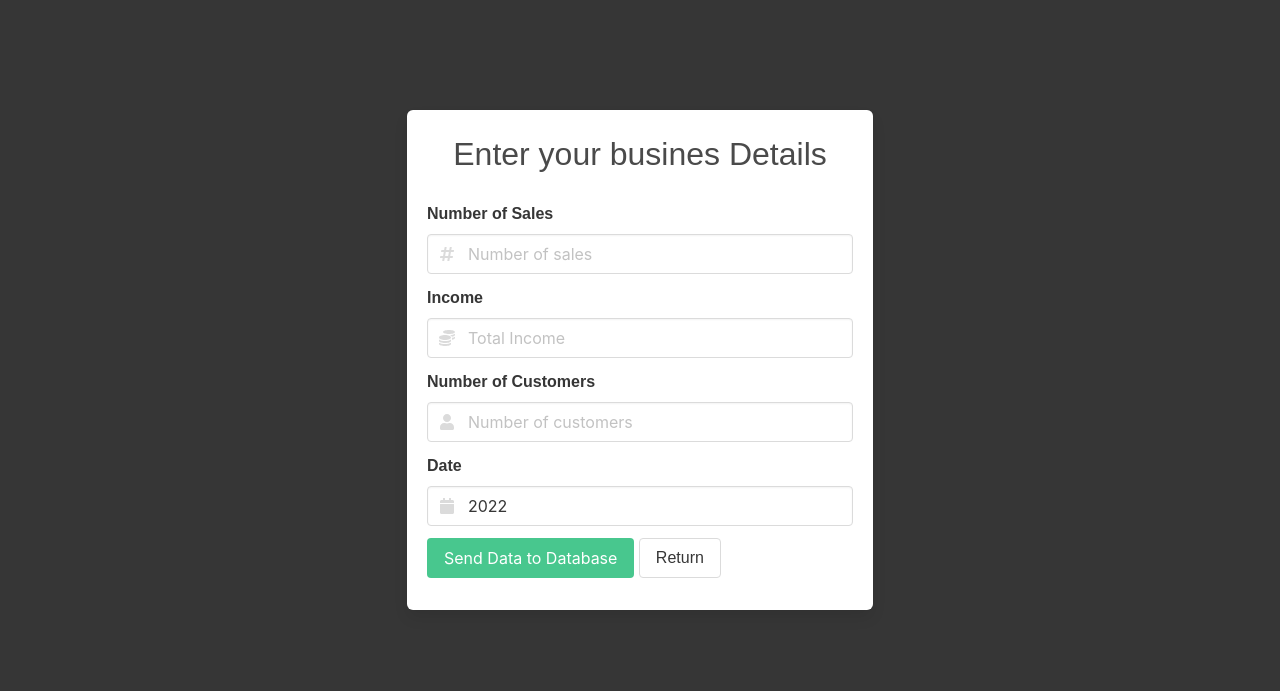
Repository: EmmanuelKeifala/Hackathon
Page: http://localhost/upload/
The author's editor kept a copy of each file at every save. The page is drawn from the files as they stood at one save, then again after the next save.
The browser window is 1280 px wide. The pictures show the whole page.
Some web fonts or font styles are not loaded; a fallback is used. Some web libraries are served in a nearby version. The page is served by the project's application, run on Django 3.2 (manage.py). Other server files are loaded and not shown.

Above is the page before, as saved 2022-10-29 08:09:38.

### users/templates/users/upload.html
{% load static %}
<!DOCTYPE html>
<html>
  <head>
    <meta charset="utf-8" />
    <meta name="viewport" content="width=device-width, initial-scale=1" />
    {% comment %}
    <etailstitle>Enter Your Personal Details</etailstitle>
    {% endcomment %}
    <link
      href="https://fonts.googleapis.com/css2?family=Quicksand:wght@600&display=swap"
      rel="stylesheet"
    />
    <link
      rel="stylesheet"
      href="https://cdn.jsdelivr.net/npm/bulma@0.9.0/css/bulma.min.css"
    />
    <script
      defer
      src="https://use.fontawesome.com/releases/v5.3.1/js/all.js"
    ></script>
    <style>
      * {
        font-family: "Quicksand", sans-serif;
      }
    </style>
  </head>
  <body>
    {% comment %}
    <nav class="navbar is-black" role="navigation" aria-label="main navigation">
      <div class="navbar-brand">
        {% endcomment %} {% comment %}
        <a class="navbar-item" href="{% url 'frontpage' %}">
          {% endcomment %} {% comment %}
          <img
            src="https://uxwing.com/wp-content/themes/uxwing/download/10-brands-and-social-media/django.png"
            width="30px"
            height="200px"
          />
        </a>
        {% endcomment %} {% comment %}
        <a
          role="button"
          class="navbar-burger burger"
          aria-label="menu"
          aria-expanded="false"
          data-target="navbarBasicExample"
        >
          <span aria-hidden="true"></span>
          <span aria-hidden="true"></span>
          <span aria-hidden="true"></span>
        </a>
      </div>
      {% endcomment %} {% comment %}
      <div id="navbarBasicExample" class="navbar-menu">
        <div class="navbar-start"></div>

        <div class="navbar-end">
          <div class="navbar-item">
            {% if request.user.is_authenticated %}
            <a class="has-text-light mr-2"> Welcome, "{{ user.username }}" </a>
            <div class="buttons">
              <a href="{% url 'logout' %}" class="button is-danger">
                <strong>Logout</strong>
              </a>
              {% else %}
              <a href="{% url 'signup' %}" class="button is-success mr-2">
                <strong>Sign up</strong>
              </a>
              <a href="{% url 'login' %}" class="button is-light"> Log in </a>
            </div>
            {% endif %}
          </div>
          {% endcomment %} {% comment %}
        </div>
      </div>
    </nav>
    {% endcomment %}

    <!--new form-->
    <section class="hero is-dark is-fullheight w-100">
      <div class="hero-body">
        <div class="container">
          <div class="columns is-centered">
            <div class="column is-5-tablet is-4-desktop is-5-widescreen">
              <form
                method="POST"
                action="{% url 'upload'%}"
                enctype="multipart/form-data"
                class="box"
              >
                {% csrf_token %}

                <h1 class="has-text-centered mb-5 is-size-3">
                  Enter your busines Details
                </h1>

                <div class="field">
                  <label for="" class="label">{{user.email}}</label>
                  <div class="control has-icons-left">
                    {% comment %} {{ form.number_of_sales }} {% endcomment %}
                    <span class="icon is-small is-left"> </span>
                  </div>
                </div>
                <div class="field">
                  <label for="" class="label">Number of Sales</label>
                  <div class="control has-icons-left">
                    {{ form.number_of_sales }}
                    <span class="icon is-small is-left">
                      <i class="fa fa-hashtag"></i>
                    </span>
                  </div>
                </div>

                <div class="field">
                  <label for="" class="label">Income</label>
                  <div class="control has-icons-left">
                    {{ form.revenue }}
                    <span class="icon is-small is-left">
                      <i class="fa fa-coins"></i>
                    </span>
                  </div>
                </div>
                <div class="field">
                  <label for="" class="label">Number of Customers</label>
                  <div class="control has-icons-left">
                    {{ form.number_of_customers }}
                    <span class="icon is-small is-left">
                      <i class="fa fa-user"></i>
                    </span>
                  </div>
                </div>

                <div class="field">
                  <label for="" class="label">Date</label>
                  <div class="control has-icons-left">
                    {{ form.year }}
                    <span class="icon is-small is-left">
                      <i class="fa fa-calendar"></i>
                    </span>
                  </div>
                </div>

                <div class="field"></div>

                <div class="field">
                  <button class="button is-success" type="submit">
                    Send Data to Database
                  </button>
                  <h5 class="button is-btn-danger">
                    <a href="{% url 'home' %}">Return </a>
                  </h5>
                </div>
                <div class="field"></div>
              </form>
            </div>
          </div>
        </div>
      </div>
    </section>
  </body>
</html>

### users/forms.py
from django.contrib.auth.models import User
from django.contrib.auth.forms import UserCreationForm
from django import forms
from django.forms import ModelForm
from .models import Enterpreneur
from .models import Trainee


class UserRegisterForm(UserCreationForm):
    email = forms.EmailField()

    class Meta:
        model = User
        fields = ['username', 'email', 'password1', 'password2']


class BusinessData(ModelForm):
    number_of_sales = forms.CharField(widget=forms.TextInput(attrs={
        "class": "input",
        "type": "text",
        "placeholder": "Number of sales"}))
    revenue = forms.CharField(widget=forms.TextInput(attrs={
        "class": "input",
        "type": "number",
        "placeholder": "Total Income"}))
    number_of_customers = forms.CharField(widget=forms.TextInput(attrs={
        "class": "input",
        "type": "number",
        "placeholder": "Number of customers"}))
    year = forms.CharField(widget=forms.TextInput(attrs={
        "class": "input",
        "type": "number",
        "min": "1900", "max": "2099",
        "step": "1", "value": "2022",
        "placeholder": "Year"}))
    userEmail = forms.CharField(widget=forms.TextInput(attrs={
        "class": "input",
        "type": "email",
    }))

    class Meta:
        model = Enterpreneur
        fields = ['number_of_sales', 'revenue',
                  'number_of_customers', "year", "userEmail"]


class userProfile(forms.ModelForm):
    name = forms.CharField(widget=forms.TextInput(attrs={
        "class": "input",
        "type": "text",
        "placeholder": "UserName"}))
    email = forms.CharField(widget=forms.TextInput(attrs={
        "class": "input",
        "type": "email",
        "placeholder": "Email"}))
    age = forms.CharField(widget=forms.TextInput(attrs={
        "class": "input",
        "type": "number",
        "placeholder": "Age"}))
    gender = forms.CharField(widget=forms.TextInput(attrs={
        "class": "input",
        "type": "text",
        "placeholder": "gender"}))
    idea = forms.CharField(widget=forms.TextInput(attrs={
        "class": "input",
        "type": "text",
        "placeholder": "Your Vision"}))
    date_of_training = forms.CharField(widget=forms.TextInput(attrs={
        "class": "input",
        "type": "date",
        "placeholder": "Date of Training"}))
    institution = forms.CharField(widget=forms.TextInput(attrs={
        "class": "input",
        "type": "text",
        "placeholder": "Institution"}))
    qualification = forms.CharField(widget=forms.TextInput(attrs={
        "class": "input",
        "type": "text",
        "placeholder": "Qualification"}))

    class Meta:
        model = Trainee
        fields = ['name', 'email', 'age', "gender",
                  "idea", "institution", "qualification", "date_of_training"]


class ContactForm(forms.Form):
    subject = forms.CharField(max_length=100)
    message = forms.CharField(widget=forms.Textarea)
    sender = forms.EmailField()
    cc_myself = forms.BooleanField(required=False)

### users/models.py
import email
from enum import auto
from pickle import FALSE
from unicodedata import name
from django.db import models

# Create your models here.

# this is for the admin


class Admin(models.Model):
    id = models.AutoField(primary_key=True)
    name = models.TextField()
    email = models.TextField()
    password = models.TextField()
    created_at = models.DateTimeField(auto_now=True)
    update_at = models.DateTimeField(auto_now=True)
    objects = models.Manager()

# Analysts Table


class Analysts(models.Model):
    id = models.AutoField(primary_key=True)
    name = models.TextField()
    email = models.TextField()
    password = models.CharField(max_length=255)
    created_at = models.DateTimeField(auto_now=True)
    objects = models.Manager()

# this is for the Enterpreneurs table


class Trainee(models.Model):
    id = models.AutoField(primary_key=True)
    admin = models.ForeignKey(
        Admin, on_delete=models.CASCADE, null=True, blank=True)
    analyst = models.ForeignKey(
        Analysts, on_delete=models.CASCADE, null=True, blank=True)
    name = models.TextField()
    email = models.TextField()
    age = models.IntegerField()
    gender = models.TextField()
    date_of_training = models.DateTimeField(auto_now=False)
    idea = models.TextField()
    institution = models.TextField()
    qualification = models.TextField()
    location = models.TextField()
    objects = models.Manager()

    # this is for the entrepenuer


class Enterpreneur(models.Model):
    id = models.AutoField(primary_key=True)
    userEmail = models.EmailField()
    number_of_sales = models.TextField()
    revenue = models.TextField()
    number_of_customers = models.TextField()
    year = models.IntegerField()

### users/views.py
from django.shortcuts import render, redirect
from django.contrib.auth.forms import UserCreationForm

from users.models import Analysts, Trainee
from .forms import UserRegisterForm, userProfile
from .forms import BusinessData
from .forms import userProfile

from django.contrib import messages
from django.contrib.auth.decorators import login_required


def home(request):
    return render(request, 'users/home.html')


def generalusers_home(request):
    return render(request, "users/home.html")


def Analyst_home(request):
    return render(request, "users/loginAnalyst.html")


def upload(request):
    if request.POST:
        form = BusinessData(request.POST)
        print(request.POST)
        if form.is_valid():
            form.save()
        return redirect("/")
    return render(request, "users/upload.html", {'form': BusinessData})


# @login_required
def details(request):
    if request.POST:
        formVal = userProfile(request.POST)
        print(request.POST)
        if formVal.is_valid():
            formVal.save()
        return redirect("/")
    return render(request, "users/details.html", {'form': userProfile})


def register(request):
    if request.method == "POST":
        form = UserRegisterForm(request.POST)
        if form.is_valid():
            form.save()
            username = form.cleaned_data.get('username')
            messages.success(
                request, f'Hi {username}, your account was created successfully')
            return redirect('home')
    else:
        form = UserRegisterForm()

    return render(request, 'users/register.html', {'form': form})


@login_required()
def profile(request):
    return render(request, 'users/profile.html')

### authsysproject/urls.py
"""authsysproject URL Configuration

The `urlpatterns` list routes URLs to views. For more information please see:
    https://docs.djangoproject.com/en/3.2/topics/http/urls/
Examples:
Function views
    1. Add an import:  from my_app import views
    2. Add a URL to urlpatterns:  path('', views.home, name='home')
Class-based views
    1. Add an import:  from other_app.views import Home
    2. Add a URL to urlpatterns:  path('', Home.as_view(), name='home')
Including another URLconf
    1. Import the include() function: from django.urls import include, path
    2. Add a URL to urlpatterns:  path('blog/', include('blog.urls'))
"""
from django.contrib import admin
from django.urls import path, include

urlpatterns = [
    path('admin/', admin.site.urls),
    path('', include('users.urls'))
]

### users/urls.py
from django.urls import path
from . import views
from django.contrib.auth import views as auth_view

urlpatterns = [
    path('', views.home, name='home'),
    path('register/', views.register, name='register'),
    path('profile/', views.profile, name='profile'),
    path("upload/", views.upload, name="upload"),
    path('Analyst_home/', views.Analyst_home, name='Analyst_home'),
    path('generalusers_home/', views.generalusers_home, name='generalusers_home'),
    path('Details/', views.details, name='details'),
    path('login/', auth_view.LoginView.as_view(template_name='users/login.html'), name="login"),
    path('logout/', auth_view.LogoutView.as_view(template_name='users/logout.html'), name="logout"),
]

After the next save:
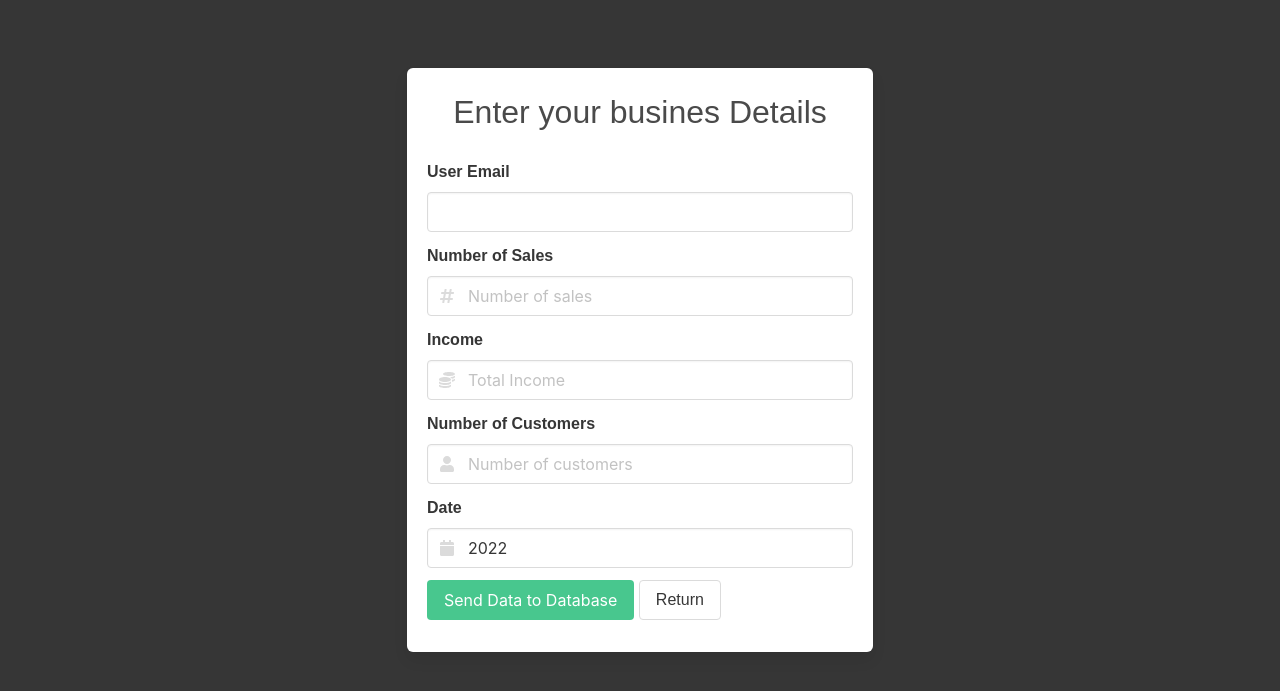
Saved 81 s later.
--- a/users/templates/users/upload.html
+++ b/users/templates/users/upload.html
@@ -96,9 +96,9 @@
                 </h1>
 
                 <div class="field">
-                  <label for="" class="label">{{user.email}}</label>
+                  <label for="" class="label">User Email</label>
                   <div class="control has-icons-left">
-                    {% comment %} {{ form.number_of_sales }} {% endcomment %}
+                    {{ form.userEmail }}
                     <span class="icon is-small is-left"> </span>
                   </div>
                 </div>
